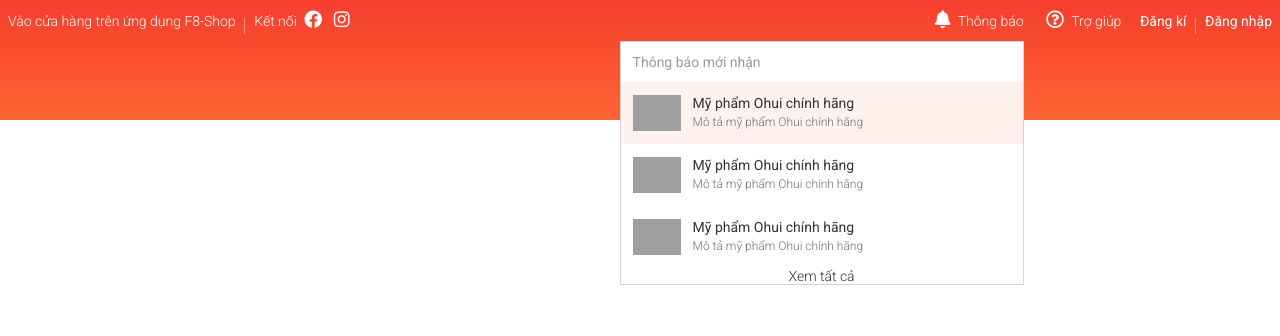
Repository: phunobi1807/shopee
Page: index.html
An editor plug-in stored every save of this project. The page is shown before and after the next save, followed by the edit.
The browser window is 1280 px wide. The pictures show the whole page.
Pictures or frames that could not be fetched are drawn as grey boxes.

Above is the page before, as saved 2021-06-13 12:27:34.

### index.html
<!DOCTYPE html>
<html lang="en">

<head>
    <meta charset="UTF-8">
    <meta http-equiv="X-UA-Compatible" content="IE=edge">
    <meta name="viewport" content="width=device-width, initial-scale=1.0">
    <title>Document</title>
    <link rel="stylesheet" href="https://cdnjs.cloudflare.com/ajax/libs/normalize/8.0.1/normalize.min.css">
    <link rel="stylesheet" href="./assets/css/base.css">
    <link rel="stylesheet" href="./assets/css/main.css">
    <link rel="stylesheet"
        href="./assets/fonts/fontawesome-free-5.15.3-web/fontawesome-free-5.15.3-web/css/all.min.css">
    <link rel="preconnect" href="https://fonts.gstatic.com">
    <link href="https://fonts.googleapis.com/css2?family=Roboto:wght@300;400;500&display=swap" rel="stylesheet">
</head>

<body>
    <div class="app">
        <header class="header">
            <div class="grid">
                <nav class="header__navbar">
                    <ul class="header__navbar-list">
                        <li class="header__navbar-item header__navbar-item--has-qr header__navbar-item--separate">
                            Vào cửa hàng trên ứng dụng F8-Shop
                            <div class="header__qr">
                                <img src="./assets/img/QR_code.png" alt="QR code" class="header__qr-img">
                                <div class="header__qr-apps">
                                    <a href="" class="header__qr-link">
                                        <img src="./assets/img/app_store.png" alt="Google Play"
                                            class="header__qr-download-img">
                                    </a>
                                    <a href="" class="header__qr-link">
                                        <img src="./assets/img/gg_play.png" alt="App Store"
                                            class="header__qr-download-img">
                                    </a>
                                </div>
                            </div>
                        </li>
                        <li class="header__navbar-item">
                            <span class="header__navbar-title--no-pointer">Kết nối</span>
                            <a href="" class="header__navbar-icon-link">
                                <i class="header__navbar-icon fab fa-facebook"></i>
                            </a>
                            <a href="" class="header__navbar-icon-link">
                                <i class="header__navbar-icon fab fa-instagram"></i>
                            </a>
                        </li>
                    </ul>
                    <ul class="header__navbar-list">
                        <li class="header__navbar-item">
                            <a href="" class="header__navbar-item-link">
                                <i class="header__navbar-icon fas fa-bell"></i>
                                Thông báo
                            </a>
                            <div class="header__notify">
                                <header class="header__notify-header">
                                    <h3>Thông báo mới nhận</h3>
                                </header>
                                <ul class="header__notify-list">
                                    <li class="header__notify-item header__notify-item-viewed">
                                        <a href="" class="header__notify-link">
                                            <img src="https://cf.shopee.vn/file/5fbf9049e4439e01d27d8f14388c46f8_tn" alt="" class="header__notify-img">
                                            <div class="header__notify-info">
                                                <span class="header__notify-name">Mỹ phẩm Ohui chính hãng</span>
                                                <span class="header__notify-description">Mô tả mỹ phẩm Ohui chính
                                                    hãng</span>
                                            </div>
                                        </a>
                                    </li>
                                    <li class="header__notify-item">
                                        <a href="" class="header__notify-link">
                                            <img src="https://cf.shopee.vn/file/5fbf9049e4439e01d27d8f14388c46f8_tn" alt="" class="header__notify-img">
                                            <div class="header__notify-info">
                                                <span class="header__notify-name">Mỹ phẩm Ohui chính hãng</span>
                                                <span class="header__notify-description">Mô tả mỹ phẩm Ohui chính
                                                    hãng</span>
                                            </div>
                                        </a>
                                    </li>
                                    <li class="header__notify-item ">
                                        <a href="" class="header__notify-link">
                                            <img src="https://cf.shopee.vn/file/5fbf9049e4439e01d27d8f14388c46f8_tn" alt="" class="header__notify-img">
                                            <div class="header__notify-info">
                                                <span class="header__notify-name">Mỹ phẩm Ohui chính hãng</span>
                                                <span class="header__notify-description">Mô tả mỹ phẩm Ohui chính
                                                    hãng</span>
                                            </div>
                                        </a>
                                    </li>
                                </ul>
                                <footer class="header__notify-footer">
                                    <a href="" class="header__notify-footer-btn">Xem tất cả</a>
                                </footer>
                            </div>
                        </li>
                        <li class="header__navbar-item">
                            <a href="" class="header__navbar-item-link">
                                <i class="header__navbar-icon far fa-question-circle"></i>
                                Trợ giúp
                            </a>
                        </li>
                        <li class="header__navbar-item header__navbar-item--strong header__navbar-item--separate">Đăng
                            kí</li>
                        <li class="header__navbar-item header__navbar-item--strong">Đăng nhập</li>
                    </ul>
                </nav>
            </div>
        </header>
        <div class="container">

        </div>
        <footer class="footer">

        </footer>
    </div>
</body>

</html>

### assets/css/base.css
:root
{
    --primary-color:#ee4d2d;
    --white-color: #fff;
    --black-color: #000;
    --text-color: #333;
}

*
{
    box-sizing: inherit;
}

html
{
    /* 10px */
    font-size: 62.5%;
    line-height: 1.6rem;
    font-family: 'Roboto', sans-serif;
    box-sizing: border-box;
}

.grid
{
    width: 1850px;
    max-width: 100%;
    margin: 0 auto;
}

.grid__full-width
{
    width: 100%;
}

.grid__row
{
    display: flex;
    flex-wrap: wrap;
}
/* Animation */
@keyframes fadeIn
{
    from
    {
        opacity: 0;
    }
    to
    {
        opacity: 1;
    }
}

### assets/css/main.css
.header
{
    height: 120px;
    background-image: linear-gradient(0, #fe6433, #f53e2d);
}
.header__navbar
{
    display: flex;
    justify-content: space-between;
}
.header__navbar-list
{
    list-style: none;
    padding-left: 0;
}
.header__navbar-item
{
    position: relative;
    margin: 0px 8px;
    min-height: 26px;
}
.header__navbar-item--has-qr:hover .header__qr
{
    display: block;
}
.header__navbar-item,
.header__navbar-item-link
{
    display: inline-block;
    font-size: 1.4rem;
    color: var(--white-color);
    text-decoration: none;
    font-weight: 300;
}
.header__navbar-item:hover,
.header__navbar-icon-link:hover,
.header__navbar-item-link:hover
{
    color: rgba(255, 255, 255, 0.7);
    cursor: pointer;
}
.header__navbar-item--strong
{
    font-weight: 400;
}
.header__navbar-item--separate::after
{
    content: "";
    display: block;
    position: absolute;
    border-left: 1px solid #FB9086;
    height: 16px;
    right: -9px;
    top: 50%;
    transform: translateY(-50%);
}

.header__navbar-icon-link
{
    color: var(--white-color);
    text-decoration: none;
}
.header__navbar-icon
{
    font-size: 1.8rem;
    margin: 0px 4px;

}
.header__navbar-title--no-pointer
{
    cursor: text;
    color: var(--white-color);
}
/* Header QR code  */
.header__qr
{
    background-color: var(--white-color);
    width: 186px;
    position: absolute;
    left: 0;
    top: 118%;
    padding: 8px;
    border-radius: 2px;
    display: none;
    animation:  fadeIn ease-in 0.3s;

}
.header__qr::before
{
    position: absolute;
    left: 0;
    top: -16px;
    width: 100%;
    height: 20px;
    content: "";
    display: block;

}
.header__qr-img
{
width: 100%;
}
.header__qr-apps
{
    display: flex;
    justify-content: space-between;
}
.header__qr-link:nth-child(1)
{
    margin-left: 11px;
}
.header__qr-link:nth-child(2)
{
    margin-right: 11px;
}
.header__qr-download-img
{
    height: 15px;
}

/* Header notification  */
.header__notify
{
    position: absolute;
    top: 118%;
    right: 0;
    width: 404px;
    border: 1px solid #D3D3D3;
    background-color: var(--white-color);
}
.header__notify-header
{
    height: 40px;
    background-color: var(--white-color);
}
.header__notify-header h3
{
    color: #999;
    margin: 0 0 0 12px;
    font-weight: 400;
    font-size: 1.4rem;
    line-height: 40px;
}
.header__notify-list
{
    padding-left: 0;
}
.header__notify-item
{
   display: flex;
}
.header__notify-item:hover
{
    background-color: #f7f7f7;
}
.header__notify-item-viewed
{
    background-color: rgba(238, 77, 45, 0.08);
}
.header__notify-link
{
    display: flex;
    width: 100%;
    padding: 12px;
    text-decoration: none;

}
.header__notify-img
{
    width: 48px;
    object-fit: contain;
}
.header__notify-info
{
    margin-left: 12px;
}

.header__notify-name
{
    display: block;
    font-size: 1.4rem;
    color: var(--text-color);
    font-weight: 400;
    line-height: 1.8rem;
}
.header__notify-description
{
display: block;
font-size: 1.2rem;
line-height: 2rem;
color: #756F6E;
}
.header__notify-footer
{
    text-align: center;
}
.header__notify-footer-btn
{
    text-decoration: none;
    color: var(--text-color);
    padding: 16px 16px;

}

Loaded but not shown: assets/fonts/fontawesome-free-5.15.3-web/fontawesome-free-5.15.3-web/css/all.min.css (library)

After the next save:
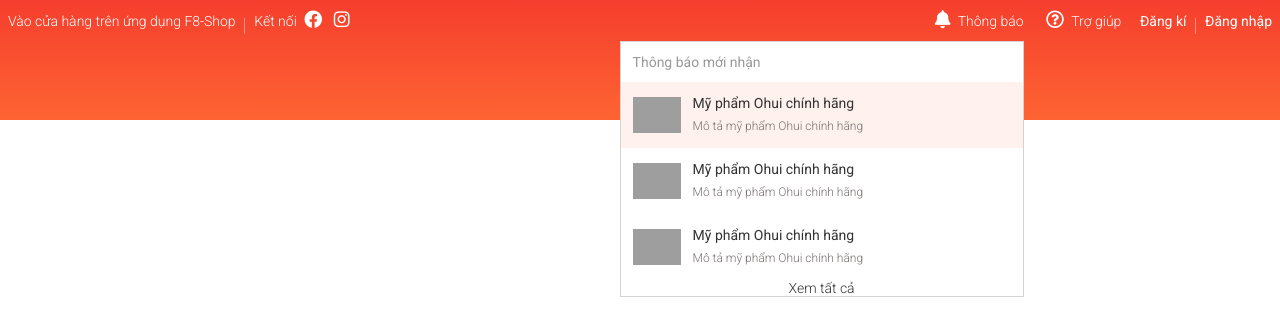
Saved 28 s later.
--- a/assets/css/main.css
+++ b/assets/css/main.css
@@ -189,6 +189,7 @@
 font-size: 1.2rem;
 line-height: 2rem;
 color: #756F6E;
+margin-top: 4px;
 }
 .header__notify-footer
 {
